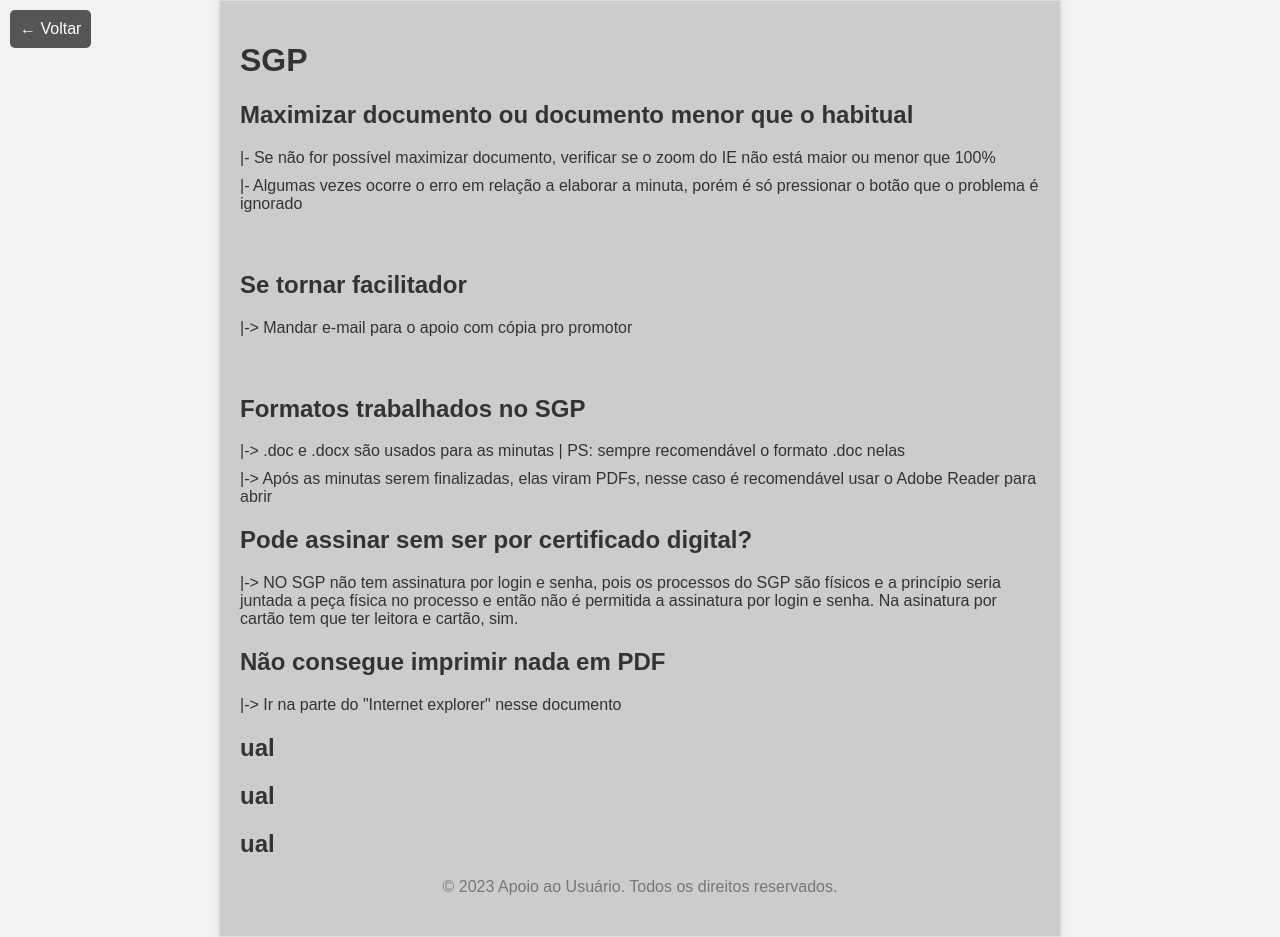
Repository: I4guito/dicasdez
Page: Dicas site/Dicas/SGP.html
An editor plug-in stored every save of this project. The page is shown before and after a run of saves, followed by the edit.
The browser window is 1280 px wide. The pictures show the whole page.

Above is the page before, as saved 2023-12-05 13:32:56.

After the next 2 saves:
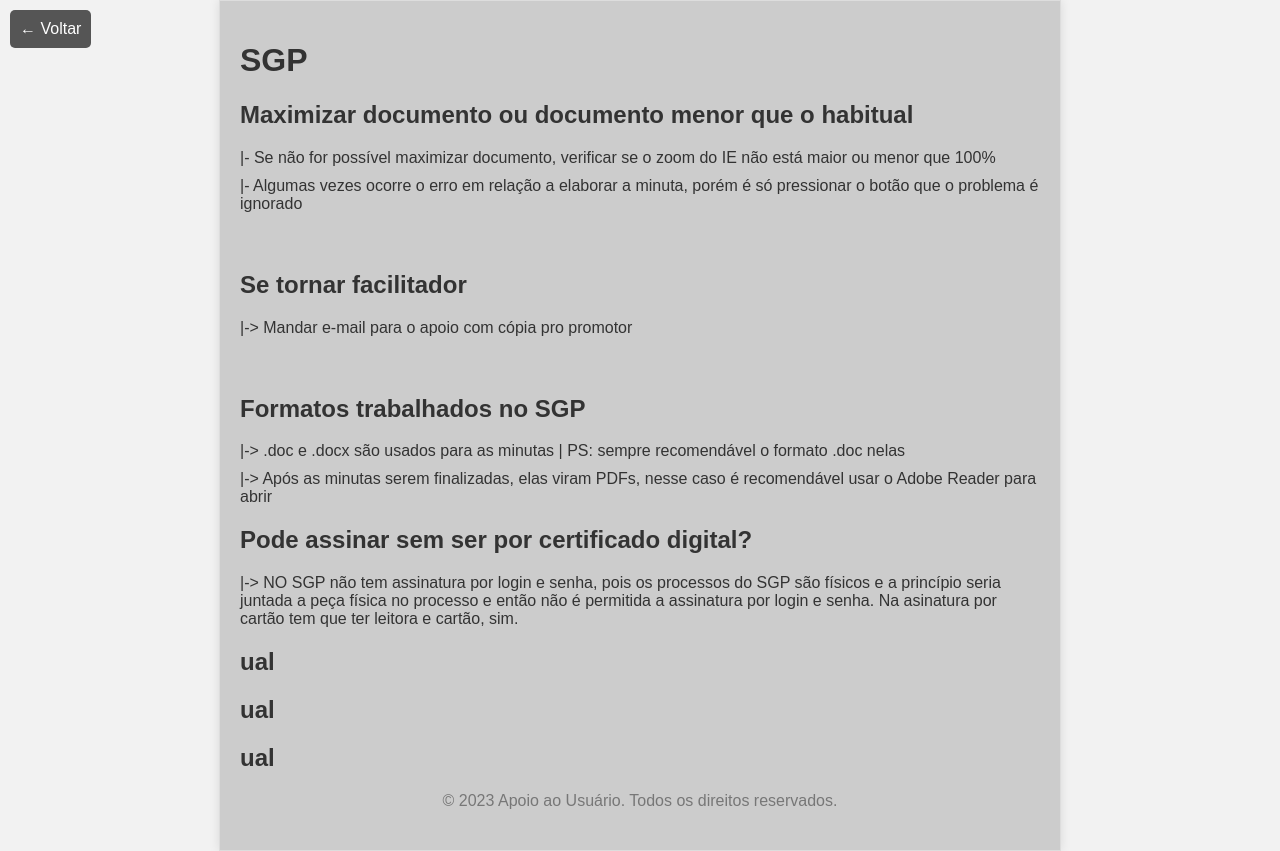
The 2 saves are shown as one change because they came seconds apart.
The last was saved 9 s later.
--- a/Dicas site/Dicas/SGP.html
+++ b/Dicas site/Dicas/SGP.html
@@ -49,16 +49,6 @@
         </section>
 
         <section>
-            <h2>Não consegue imprimir nada em PDF</h2>
-            <p>|-> Ir na parte do "Internet explorer" nesse documento
-            </p>
-            <ul>
-                <li></li>
-                <li></li>
-            </ul>
-        </section>
-
-        <section>
             <h2>ual</h2>
             <p></p>
             <ul>
